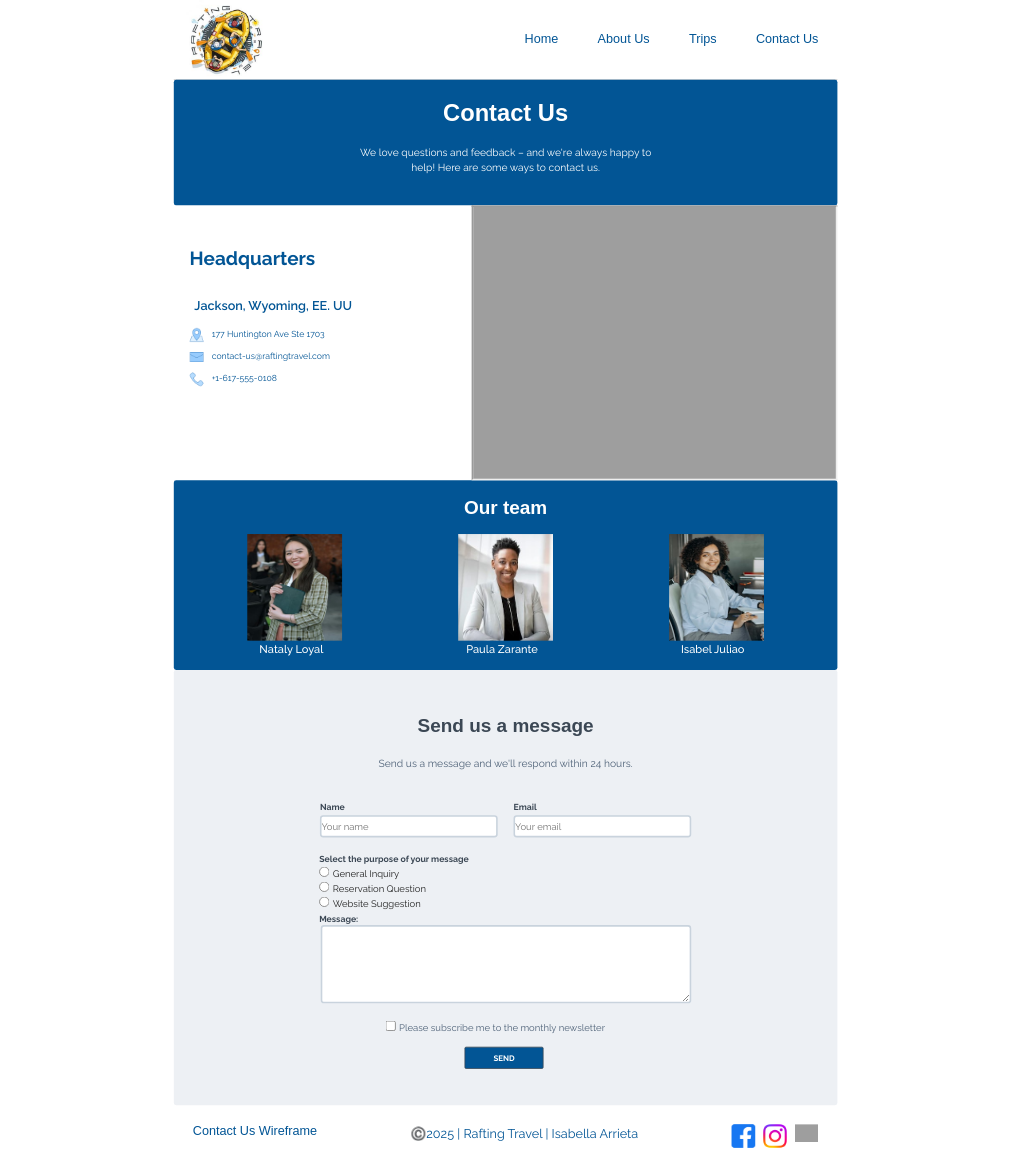
Repository: isaAJ05/wdd130
Page: wwr/contact.html
An editor plug-in stored every save of this project. The page is shown before and after a run of saves, followed by the edit.
The browser window is 1280 px wide. The pictures show the whole page, at 79% of full size.
Pictures or frames that could not be fetched are drawn as grey boxes. Some web fonts or font styles are not loaded; a fallback is used.

Above is the page before, as saved 2025-06-16 18:53:20.

After the next 2 saves:
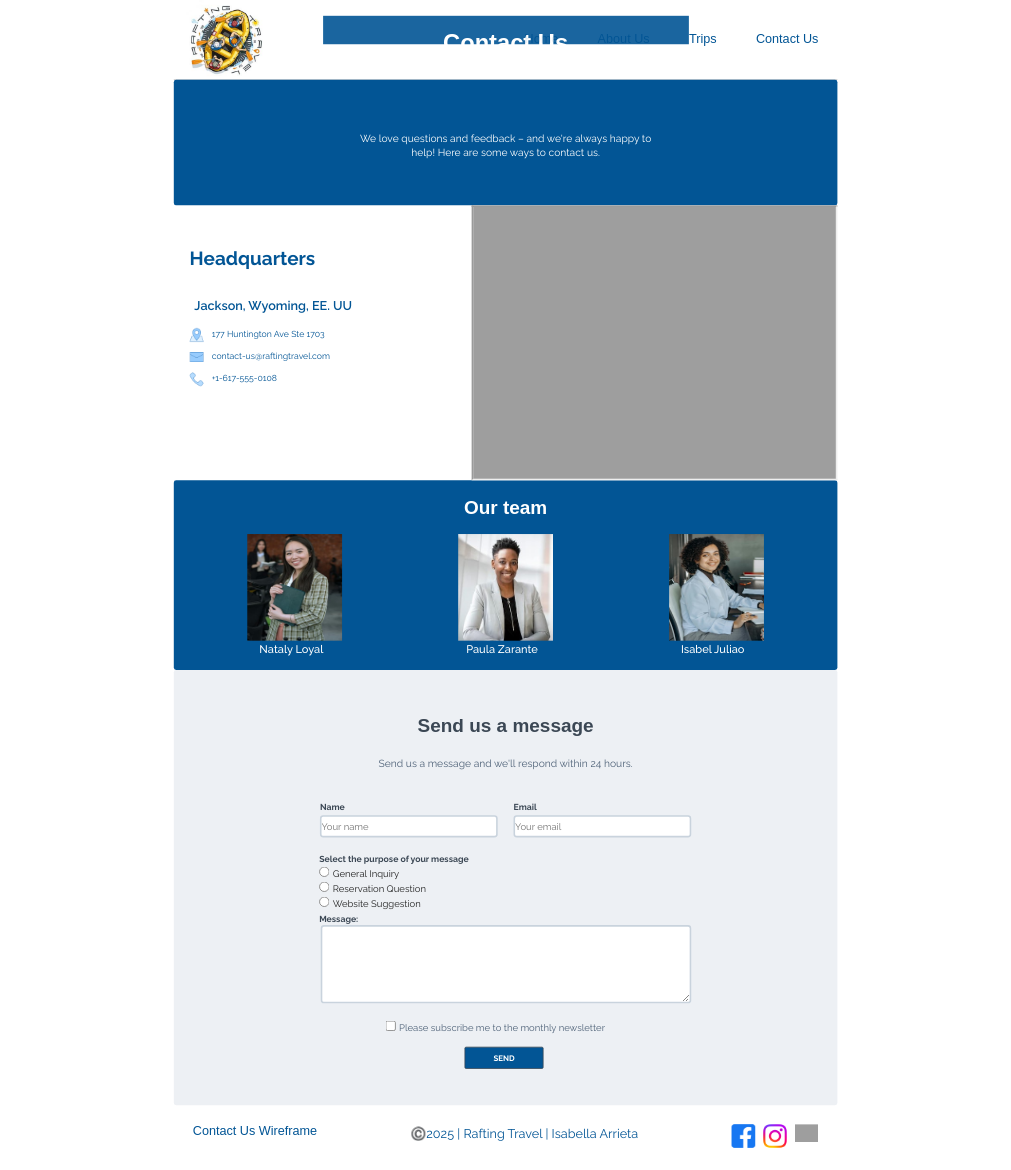
The 2 saves are shown as one change because they came seconds apart.
The last was saved 35 s later.
--- a/wwr/contact.html
+++ b/wwr/contact.html
@@ -23,7 +23,7 @@
     </header>
     <main>
         <div class="rectangle-3">
-            <h3 class="header-3">Contact Us</h3>
+            <h1 class="header-3">Contact Us</h1>
             <p class="we-love-questions-and-feedback-and-we-re-always-">We love questions and feedback – and we're always happy to help! Here are some ways to contact us.</p>
         </div>
         <div class="rectangle-4">

After the 2 saves that followed:
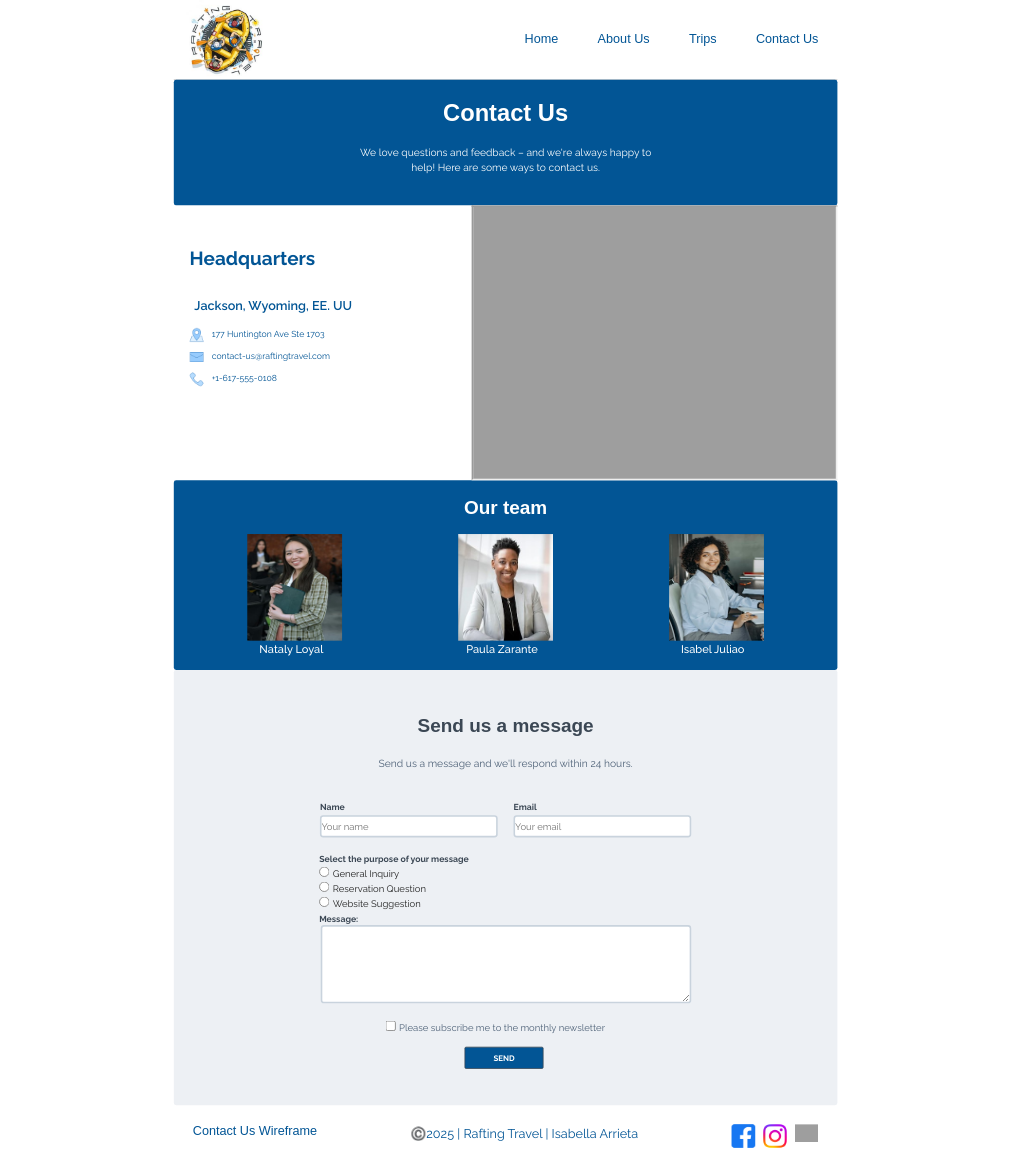
The 2 saves are shown as one change because 1 left the picture as it was.
The last was saved 2 min 2 s later.
--- a/wwr/styles/rafting.css
+++ b/wwr/styles/rafting.css
@@ -113,7 +113,7 @@ nav a:hover {
     height: auto;
 }
 
-h1{
+herodiv h1{
     position: absolute;
     top: 20px;
     width: 100%;
@@ -161,7 +161,7 @@ footer p {
 	border-radius: 3px 3px 3px 3px;
 
 }
-.header-3 {
+.rectangle-3 .header-3 {
     width: 463px;
 	height: 36px;
 	color: #FFFFFF;
